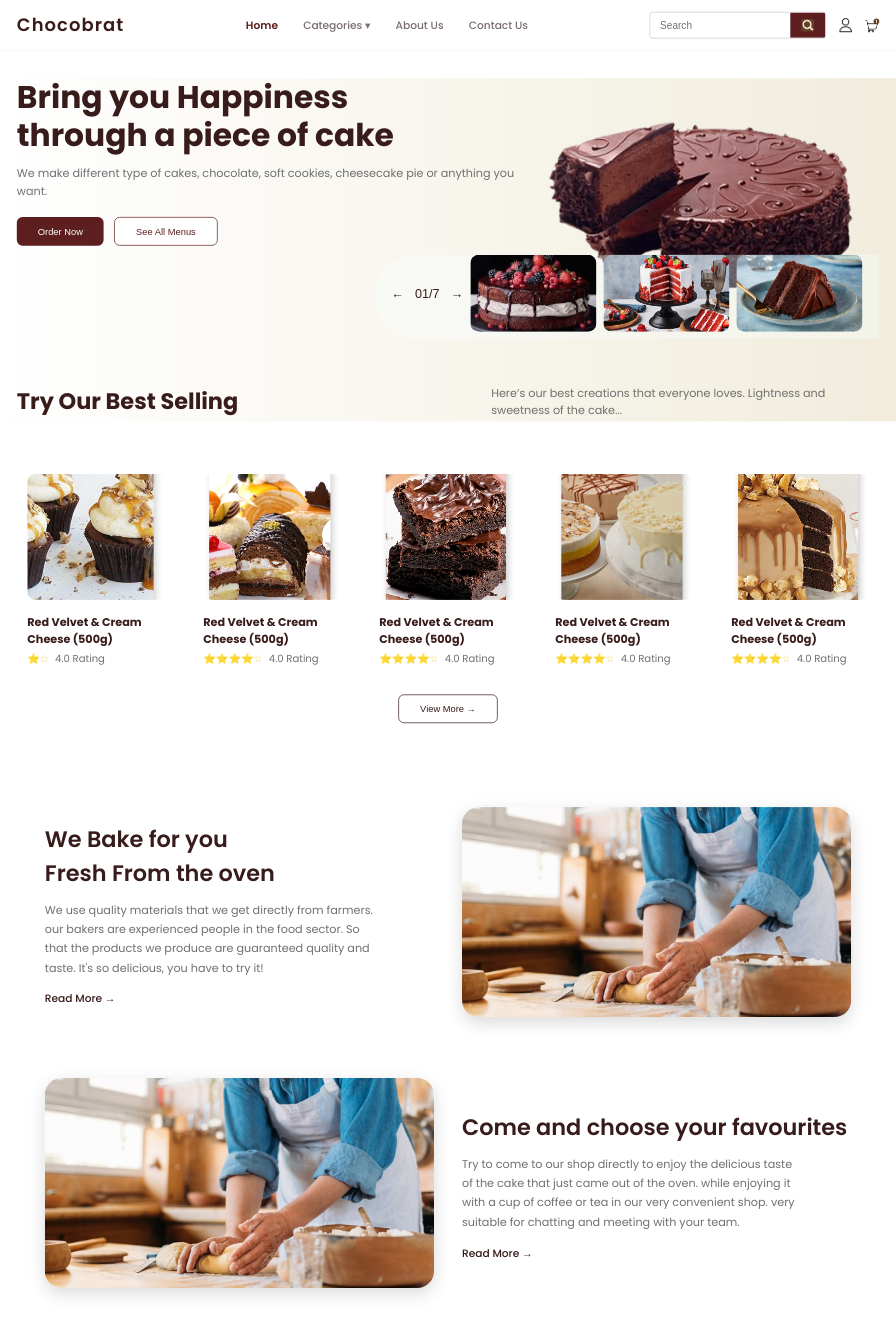
Repository: josegabrielzevallos/chocobrat-bakery-website
Page: index.html
An editor plug-in stored every save of this project. The page is shown before and after the next save, followed by the edit.
The browser window is 1280 px wide. The pictures show the part of the page from y = 0 to 1920 px (the page is 3116 px tall), at 70% of full size.

Above is the page before, as saved 2025-11-20 20:01:08.

### index.html
<!DOCTYPE html>
<html lang="en">
<head>
    <meta charset="UTF-8" />
    <meta name="viewport" content="width=device-width, initial-scale=1.0" />
    <title>Chocobrat Bakery</title>

    <link href="https://fonts.googleapis.com/css2?family=Poppins:wght@300;400;500;600;700&family=Playfair+Display:wght@400;600;700;800;900&display=swap" rel="stylesheet">

    <link rel="stylesheet" href="styles.css" />
</head>
<body>

    <!-- NAVBAR -->
    <header>
  <div class="container">
    <nav class="navbar" aria-label="Primary navigation">
      <!-- Logo -->
      <div class="logo">Chocobrat</div>

      <!-- Nav links -->
      <ul class="nav-links">
        <li><a href="#" class="active">Home</a></li>
        <li><a href="#">Categories ▾</a></li>
        <li><a href="#">About Us</a></li>
        <li><a href="#">Contact Us</a></li>
      </ul>

      <!-- Search + icons -->
      <div class="nav-actions">
        <div class="search-wrapper">
          <input
            type="text"
            class="search-box"
            placeholder="Search"
            aria-label="Search"
          />
          <button class="search-btn" aria-label="Search">
            <img src="./assets/icons/ic-search.png" alt="Search icon" />
          </button>
        </div>

        <button class="icon-btn" aria-label="User account">
          <img src="./assets/icons/ic-user.png" alt="User icon" />
        </button>

        <button class="icon-btn" aria-label="Shopping cart">
          <img src="./assets/icons/ic-cart1.png" alt="Cart icon" />
        </button>
      </div>
    </nav>
  </div>
</header>


    <!-- HERO SECTION -->
    <section class="hero container">
        <div>
        <div class="hero-text">
            <div class="hero-img">
                <img src="./assets/images/b1-cake.png" alt="Cake">
            </div>
            <div class="carousel container">
                <div class="slider-controls">
                    <span class="arrow" id="prev">&larr;</span>
                    <span class="slide-text">01/7</span>
                    <span class="arrow" id="next">&rarr;</span>
                </div>
                <img src="assets/images/b2-cake.jpeg" class="thumb" />
                <img src="assets/images/b3-cake-red.png" class="thumb" />
                <img src="assets/images/b4-cake.jpg" class="thumb" />

            </div>
                <h2>Bring you Happiness <br> through a piece of cake</h2>
                <p>We make different type of cakes, chocolate, soft cookies, cheesecake pie or anything you want.</p>

                <div class="hero-buttons">
                    <button class="btn primary">Order Now</button>
                    <button class="btn secondary">See All Menus</button>
                </div>
            </div>


        </div>
        <div class="hero-ba" >
            <!-- CAROUSEL STATIC -->


            <div class="title-row">
                <h2>Try Our Best Selling</h2>
                <div class="divider"></div>
                <p>Here’s our best creations that everyone loves. Lightness and sweetness of the cake...</p>
            </div>
        </div>
    </section>



    <!-- BEST SELLING SECTION -->
    <section class="best-selling container">


        <div class="product-grid">

            <!-- CARD 1 -->
            <article class="card">
                <img src="assets/images/b5-cakes.png" alt="">
                <h3>Red Velvet & Cream Cheese (500g)</h3>
                <div class="rating">
                    ⭐☆ <span>4.0 Rating</span>
                </div>
            </article>

            <!-- CARD 2 -->
            <article class="card">
                <img src="assets/images/b6-cakes.png" alt="">
                <h3>Red Velvet & Cream Cheese (500g)</h3>
                <div class="rating">
                    ⭐⭐⭐⭐☆ <span>4.0 Rating</span>
                </div>
            </article>

            <!-- CARD 3 -->
            <article class="card">
                <img src="assets/images/b7-cakes.png" alt="">
                <h3>Red Velvet & Cream Cheese (500g)</h3>
                <div class="rating">
                    ⭐⭐⭐⭐☆ <span>4.0 Rating</span>
                </div>
            </article>

            <!-- CARD 4 -->
            <article class="card">
                <img src="assets/images/b8-cakes.png" alt="">
                <h3>Red Velvet & Cream Cheese (500g)</h3>
                <div class="rating">
                    ⭐⭐⭐⭐☆ <span>4.0 Rating</span>
                </div>
            </article>
              <!-- CARD 5 -->
            <article class="card">
                <img src="assets/images/b9-cakes.png" alt="">
                <h3>Red Velvet & Cream Cheese (500g)</h3>
                <div class="rating">
                    ⭐⭐⭐⭐☆ <span>4.0 Rating</span>
                </div>
            </article>
        </div>

        <center>
            <button class="btn view-more">View More →</button>
        </center>
    </section>

        <!-- STORY / ABOUT BAKERY SECTION -->
    <section class="story container">
        <article class="story-card">

            <div class="story-text">
                <h2>We Bake for you<br>Fresh From the oven</h2>
                <p>
                    We use quality materials that we get directly from farmers.
                    <br>our bakers are experienced people in the food sector. So
                    <br>that the products we produce are guaranteed quality and
                    <br>taste. It's so delicious, you have to try it!
                </p>
                <a href="#" class="story-link">Read More →</a>
            </div>
            <div class="story-img">
                <img src="./assets/images/b9-women.jpeg" alt="Baker preparing pastry">
            </div>

        </article>


        <article class="story-card">

            <div class="story-img">
                <img src="./assets/images/b9-women.jpeg" alt="Baker rolling dough">
            </div>

            <div class="story-text">
                <h2>Come and choose your favourites</h2>
                <p>
                    Try to come to our shop directly to enjoy the delicious taste
                    <br>of the cake that just came out of the oven. while enjoying it
                    <br>with a cup of coffee or tea in our very convenient shop. very
                    <br>suitable for chatting and meeting with your team.
                </p>
                <a href="#" class="story-link">Read More →</a>
            </div>

        </article>

    </section>

    <!-- CAKE ORDER BANNER -->
    <section class="order-banner">
        <div class="order-banner-inner">
            <h2>For Cake Orders above 1 KG</h2>
            <p>
                Please visit our nearest store or call us on +91 00 00 00 00 00 (10 AM to 7 PM)
            <br>
                to place your orders.
            </p>
            <button class="btn primary order-btn">Contact Us Now</button>
        </div>
    </section>

    <!-- QUOTES SECTION -->
    <section class="quotes-section">
        <div class="container quotes-inner">
            <span class="quotes-label">QUOTES</span>

            <p class="quote-text">
                the eggless cakes here are really good. Had ordered a kit kat cake which was
                really good. Surely worth a try.
            </p>

            <div class="quote-author">
                <div class="quote-avatar">
                    <img src="./assets/images/b10-man.jpeg" alt="Darren Dunlap">
                </div>
                <h3>Darren Dunlap</h3>
                <p class="quote-role">CEO &amp; Founder at Flex.co</p>

                <div class="quote-dots">
                    <span class="quote-dot"></span>
                    <span class="quote-dot active"></span>
                    <span class="quote-dot"></span>
                </div>
            </div>
        </div>
    </section>
    <!-- FOOTER -->
    <footer class="site-footer">
        <div class="footer-top container">
            <div class="footer-logo">Chocobrat</div>

            <ul class="footer-nav">
                <li><a href="#">Home</a></li>
                <li><a href="#">Categories</a></li>
                <li><a href="#">About Us</a></li>
                <li><a href="#">Contact Us</a></li>
                <li><a href="#">Careers</a></li>
                <li><a href="#">Help</a></li>
                <li><a href="#">Privacy</a></li>
            </ul>
        </div>

        <hr class="footer-divider">

        <div class="footer-bottom container">
            <p class="footer-copy">© 2021 Chocobrat. All rights reserved.</p>

            <div class="footer-social">
                <a href="#"><img src="./assets/icons/ic-facebook.png"  alt="Facebook"></a>
                <a href="#"><img src="./assets/icons/ic-twitter.png"   alt="Twitter"></a>
                <a href="#"><img src="./assets/icons/ic-instagram.png" alt="Instagram"></a>
                <a href="#"><img src="./assets/icons/ic-github.png"    alt="GitHub"></a>
                <a href="#"><img src="./assets/icons/ic-linkedin.png"  alt="LinkedIn"></a>
            </div>
        </div>
    </footer>
</body>
</html>

### styles.css
/* ===== RESET ===== */
* {
    margin: 0;
    padding: 0;
    box-sizing: border-box;
}

body {
    font-family: "Poppins", sans-serif;
    background-color: #ffffff;
    background-color: #FFF;
    color: #381B1B;
}

.container {
    max-width: 1478px;
    margin: 0 auto;        /* centra TODAS las secciones */
    padding: 0 24px;        /* padding uniforme sin empujar a la izquierda */
}

/* ===== NAVBAR ===== */
header {
    background: #FFF;
    padding: 0;
    border-bottom: 1px solid rgba(0,0,0,0.03);
}

.navbar {
    display: flex;
    align-items: center;
    justify-content: space-between;
    padding: 16px 0;
}

.logo {
    font-size: 1.6rem;
    font-weight: 600;
    letter-spacing: 0.06em;
    color: #381B1B;
}

/* Links del menú */
.nav-links {
    display: flex;
    list-style: none;
    gap: 36px;
}

.nav-links a {
    text-decoration: none;
    font-size: 0.95rem;
    color: #7a6d6d;
    font-weight: 500;
}

.nav-links a:hover,
.nav-links .active {
    color: #5C1E1E;
    font-weight: 600;
}

/* Área derecha: buscador + iconos */
.nav-actions {
    display: flex;
    align-items: center;
    gap: 18px;
}

/* Contenedor del buscador (input + botón) */
.search-wrapper {
    display: flex;
    align-items: center;
    border: 1px solid #c9c4c4;
    border-radius: 4px;
    overflow: hidden;
}

.search-box {
    border: none;
    outline: none;
    padding: 9px 14px;
    width: 200px;
    font-size: 0.9rem;
}

.search-btn {
    background: #5C1E1E;
    border: none;
    padding: 9px 16px;
    cursor: pointer;
}

.search-btn img {
    width: 18px;
    height: 18px;
    display: block;
}

/* Botones de iconos (user, cart) */
.icon-btn {
    background: transparent;
    border: none;
    padding: 0;
    cursor: pointer;
}

.icon-btn img {
    width: 20px;
    height: 20px;
    display: block;
}


/* ===== HERO ===== */
.hero {
    /* display: flex; */
    display: block;
    align-items: center;
    justify-content: space-between;
    background: linear-gradient(to right, white, #f1ecdc);

    margin-top: 40px;
    background-color: #FFF8F2;
}

.hero-text {
    max-width: 100%;
}
.hero-back{
    /* float: right; */
    margin-top: 200px;
    margin-right: 50px;
}

.hero-text h2 {
    font-size: 2.8rem;
    line-height: 1.2;
    margin-bottom: 15px;
}

.hero-text p {
    font-size: 1rem;
    color: #6F6F6F;
    margin-bottom: 25px;
}

.hero-buttons {
    display: flex;
    gap: 15px;
}

.btn {
    padding: 12px 30px;
    font-weight: 500;
    border-radius: 8px;
    border: none;
    cursor: pointer;
}

.primary {
    background: #5C1E1E;
    color: white;
}

.secondary {
    background: white;
    border: 1px solid #5C1E1E;
    color: #5C1E1E;
}

.hero-img img {
    width: 480px;
    border-radius: 12px;
    float: right;
}

/* ===== CAROUSEL ===== */
.carousel {
    margin-top: -125px;
    display: flex;
    gap: 10px;
    clear: both;
    overflow-x: hidden;
    padding-bottom: 10px;
    float:right;
    background: #f6ffff59;
    border-top-left-radius: 64px;
    border-bottom-left-radius: 64px;

}

.slider-controls {
      display: flex;
      align-items: center;
      gap: 16px;           /* espacio entre flecha y texto */
      font-family: Arial, sans-serif;
      font-size: 18px;
    }

.divider {
  width: 1.5px;
  height: 53px; /* Ajusta el largo de la línea */
  background-color: #000000; /* Color suave como en tu imagen */
    background-color: #FFF8F2;
    border-radius: 16px;
}

.thumb {
    width: 180px;
    height: 110px;
    border-radius: 12px;
    object-fit: cover;
}

/* ===== BEST SELLING ===== */
.best-selling {
    margin-top: 60px;
}

.title-row {
    display: flex;
    justify-content: space-between;
    margin-bottom: 30px;
    clear: both;
    padding-top: 60px;
}

.title-row h2 {
    font-size: 2rem;
    color: #381B1B;
}

.title-row p {
    max-width: 45%;
    color: #6F6F6F;
}

/* ===== PRODUCT GRID ===== */
.product-grid {
    display: grid;
    grid-template-columns: repeat(5, 1fr);
    gap: 25px;
    margin-top: 30px;
}

.card {
    background: #fff;
    padding: 15px;
}

.card img {
    width: 100%;
    height: 180px;
    border-radius: 12px;
    object-fit: cover;
}

.card h3 {
    margin: 12px 0 5px;
    font-size: 1rem;
}

.rating {
    color: #F2C94C;
    font-size: 0.9rem;
}

.rating span {
    color: #6F6F6F;
    margin-left: 5px;
}

.view-more {
    margin-top: 25px;
    background: white;
    border: 1px solid #381B1B;
    color: #381B1B;
}

/* ===== STORY / ABOUT BAKERY SECTION ===== */
.story {
    margin-top: 80px;
    display: flex;
    flex-direction: column;
    gap: 6  0px;
}

.story-card {
    display: flex;
    align-items: center;
    justify-content: space-between;   /* nuevo */
    gap: 40px;
    padding: 40px;
}

.story-card-reverse {
    flex-direction: row-reverse;
}

.story-text {
    flex: 1;        /* 50% del espacio */
}

.story-text h3 {
    font-size: 1rem;
    font-weight: 500;
    color: #A35A4A;
    margin-bottom: 4px;
}

.story-text h2 {
    font-size: 2rem;
    font-weight: 600;
    margin-bottom: 16px;
    color: #381B1B;
}

.story-text p {
    color: #6F6F6F;
    line-height: 1.7;
    margin-bottom: 18px;
}

.story-link {
    text-decoration: none;
    font-weight: 500;
    color: #381B1B;
    font-size: 0.95rem;
}

.story-img {
    flex: 1;        /* 50% del espacio */
}

.story-img img {
    width: 100%;
    height: 100%;
    max-height: 300px;     /* evita que se extienda demasiado */
    object-fit: cover;
    border-radius: 24px;
    box-shadow: 0 8px 25px rgba(0, 0, 0, 0.15);
}

/* ===== ORDER BANNER ===== */
.order-banner {
    background-color: #FBE8C4;   /* banda beige */
    padding: 60px 20px;
    margin-top: 60px;
    max-width: 1478px;   /* IGUAL que el container */
    margin-left: auto;
    margin-right: auto;
}

.order-banner-inner {
    max-width:  1478px;
    margin: 0 auto;
    text-align: center;
}

.order-banner h2 {
    font-size: 2rem;
    font-weight: 600;
    color: #5C1E1E;             /* marrón del botón/nav */
    margin-bottom: 16px;
}

.order-banner p {
    color: #0f0101;
    line-height: 1.6;
    margin-bottom: 24px;
}

.order-btn {
    /* ya hereda .btn y .primary, solo ajustamos un poco el tamaño */
    padding: 10px 28px;
    border-radius: 8px;
}

/* ===== QUOTES / TESTIMONIAL SECTION ===== */
.quotes-section {
    position: relative;
    padding: 80px 20px 100px;
    background-color: #FFFFFF;
    /* Dimensiones igual que el container */
    max-width: 1478px;
    margin-left: auto;
    margin-right: auto;

    /* cuadrícula punteada */
    background-image:
        repeating-linear-gradient(
            to right,
            rgba(0,0,0,0.08) 0px,
            rgba(0,0,0,0.08) 1px,
            transparent 1px,
            transparent 70px
        ),
        repeating-linear-gradient(
            to bottom,
            rgba(0,0,0,0.08) 0px,
            rgba(0,0,0,0.08) 1px,
            transparent 1px,
            transparent 70px
        );

    background-size: 19.5px 19.5px;
}

.quotes-inner {
    text-align: center;
}

.quotes-label {
    display: inline-block;
    padding: 6px 14px;
    font-size: 0.75rem;
    letter-spacing: 0.08em;
    text-transform: uppercase;
    border-radius: 999px;
    background-color: #FBE8C4;
    color: #5C1E1E;
    font-weight: 500;
}

/* COMILLAS GRANDES DE FONDO */
.quote-text {
    position: relative;
    max-width: 780px;
    margin: 30px auto 40px;
    font-size: 1.8rem;
    line-height: 1.5;
    font-weight: 600;
    color: #381B1B;
    z-index: 2;
}

.quote-text::before,
.quote-text::after {
    font-family: 'Playfair Display', serif;
    position: absolute;
    font-size: 150px;
    font-weight: 950;
    pointer-events: none;
    z-index: 0;

    /* degradado real */
    background: linear-gradient(
        to bottom,
        #e7cda4 0%,
        #eacfa3 45%,
        rgba(255,255,255,0.8) 80%,
        rgba(255,255,255,1) 100%
    );
    -webkit-background-clip: text;
    color: transparent;

    opacity: 0.9;  /* alta para que se note la panza blanca */
}


.quote-text::before {
    content: "“";
    left: -40px;
    top: -75px;
}

.quote-text::after {
    content: "”";
    right: -55px;
    bottom: -75px;
}


.quote-author {
    display: flex;
    flex-direction: column;
    align-items: center;
    gap: 6px;
}

.quote-avatar img {
    width: 80px;
    height: 80px;
    border-radius: 50%;
    object-fit: cover;
    /*box-shadow: 0 8px 25px rgba(0, 0, 0, 0.15);*/
}

.quote-author h3 {
    margin-top: 10px;
    font-size: 1rem;
    font-weight: 600;
    color: #381B1B;
}

.quote-role {
    font-size: 0.85rem;
    color: #6F6F6F;
}

/* tres puntitos inferiores */
.quote-dots {
    margin-top: 14px;
    display: flex;
    gap: 8px;
    justify-content: center;
}

.quote-dot {
    width: 8px;
    height: 8px;
    border-radius: 50%;
    background-color: #D8C1A0;
}

.quote-dot.active {
    width: 8px;
    height: 8px;
    background-color: #5C1E1E;
}

/* OVAL TRANSPARENTE EN EL CENTRO DE LA SECCION */
.quotes-section {
    position: relative;
    padding: 120px 0 140px;

    /* cuadrícula que ya tenés */
    background-color: #FFFFFF;
    background-image:
        repeating-linear-gradient(
            to right,
            rgba(0,0,0,0.08) 0px,
            rgba(0,0,0,0.08) 1px,
            transparent 1px,
            transparent 42px
        ),
        repeating-linear-gradient(
            to bottom,
            rgba(0,0,0,0.08) 0px,
            rgba(0,0,0,0.08) 1px,
            transparent 1px,
            transparent 42px
        );
    background-size: 42px 42px;
}

/* Circulo con interior transparente */
.quotes-section::before {
    content: "";
    position: absolute;
    inset: 0;

    background: white;

    /* zona central recortada (transparente) */
    mask-image: radial-gradient(
        ellipse 95% 85% at center,   /* ancho y alto equilibrados */
        transparent 62%,             /* zona visible moderada */
        black 63%
    );

    -webkit-mask-image: radial-gradient(
        ellipse 65% 65% at center,
        transparent 62%,
        black 63%
    );

    pointer-events: none;
    z-index: 2; /* Cubre todo excepto el centro */
}

/* El contenido debe quedar encima del recorte */
.quotes-inner {
    position: relative;
    z-index: 3;
}



/* ===== FOOTER ===== */
.site-footer {
    background-color: #FBE8C4;
    font-family: "Poppins", sans-serif; /* misma fuente de la maqueta */
    color: #5C1E1E;
    margin-top: 60px;
    padding: 24px 0 40px;
    font-size: 0.85rem;
    /* Dimensiones igual que el container */
    max-width: 1478px;
    margin-left: auto;
    margin-right: auto;
}

.footer-top {
    display: flex;
    align-items: center;
    justify-content: space-between;
    padding-bottom: 12px;
}

.footer-logo {
    font-size: 1.25rem;
    font-weight: 600;
    letter-spacing: 0.12em;   /* efecto similar al de la imagen */
}

.footer-nav {
    list-style: none;
    display: flex;
    gap: 32px;
}

.footer-nav a {
    text-decoration: none;
    color: #5C1E1E;
    font-weight: 500;
    font-size: 0.9rem;
}

.footer-nav a:hover {
    opacity: 0.8;
}

.footer-divider {
    border: 0;
    border-top: 1px solid rgba(0,0,0,0.06);
    margin: 0;
}

.footer-bottom {
    display: flex;
    align-items: center;
    justify-content: space-between;
    padding-top: 16px;
}

.footer-copy {
    color: #5C1E1E;
}

.footer-social {
    display: flex;
    align-items: center;
    gap: 18px;
}

.footer-social img {
    width: 18px;
    height: 18px;
    display: block;
}

/* Footer responsive */
@media (max-width: 768px) {
    .footer-top,
    .footer-bottom {
        flex-direction: column;
        gap: 12px;
        text-align: center;
    }

    .footer-nav {
        flex-wrap: wrap;
        justify-content: center;
    }
}

After the next save:
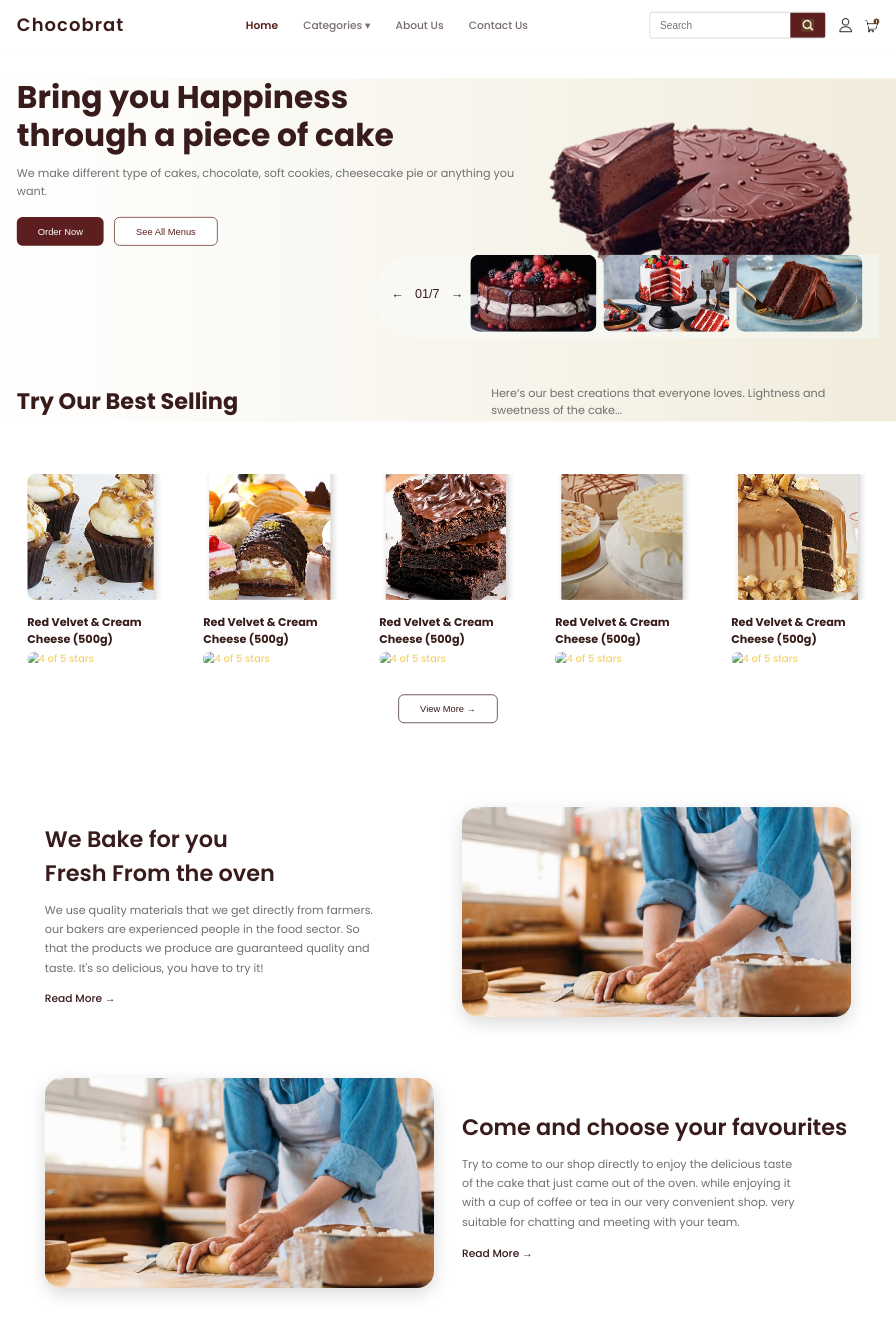
Not found: asset/icons/ic-4of5stars.jpg
Saved 106 s later.
--- a/index.html
+++ b/index.html
@@ -107,8 +107,9 @@
                 <img src="assets/images/b5-cakes.png" alt="">
                 <h3>Red Velvet & Cream Cheese (500g)</h3>
                 <div class="rating">
-                    ⭐☆ <span>4.0 Rating</span>
-                </div>
+                    <img src="./asset/icons/ic-4of5stars.jpg" alt="4 of 5 stars" class="rating-img">
+                </div>
+
             </article>
 
             <!-- CARD 2 -->
@@ -116,7 +117,7 @@
                 <img src="assets/images/b6-cakes.png" alt="">
                 <h3>Red Velvet & Cream Cheese (500g)</h3>
                 <div class="rating">
-                    ⭐⭐⭐⭐☆ <span>4.0 Rating</span>
+                    <img src="./asset/icons/ic-4of5stars.jpg" alt="4 of 5 stars" class="rating-img">
                 </div>
             </article>
 
@@ -125,7 +126,7 @@
                 <img src="assets/images/b7-cakes.png" alt="">
                 <h3>Red Velvet & Cream Cheese (500g)</h3>
                 <div class="rating">
-                    ⭐⭐⭐⭐☆ <span>4.0 Rating</span>
+                    <img src="./asset/icons/ic-4of5stars.jpg" alt="4 of 5 stars" class="rating-img">
                 </div>
             </article>
 
@@ -134,7 +135,7 @@
                 <img src="assets/images/b8-cakes.png" alt="">
                 <h3>Red Velvet & Cream Cheese (500g)</h3>
                 <div class="rating">
-                    ⭐⭐⭐⭐☆ <span>4.0 Rating</span>
+                    <img src="./asset/icons/ic-4of5stars.jpg" alt="4 of 5 stars" class="rating-img">
                 </div>
             </article>
               <!-- CARD 5 -->
@@ -142,7 +143,7 @@
                 <img src="assets/images/b9-cakes.png" alt="">
                 <h3>Red Velvet & Cream Cheese (500g)</h3>
                 <div class="rating">
-                    ⭐⭐⭐⭐☆ <span>4.0 Rating</span>
+                    <img src="./asset/icons/ic-4of5stars.jpg" alt="4 of 5 stars" class="rating-img">
                 </div>
             </article>
         </div>
